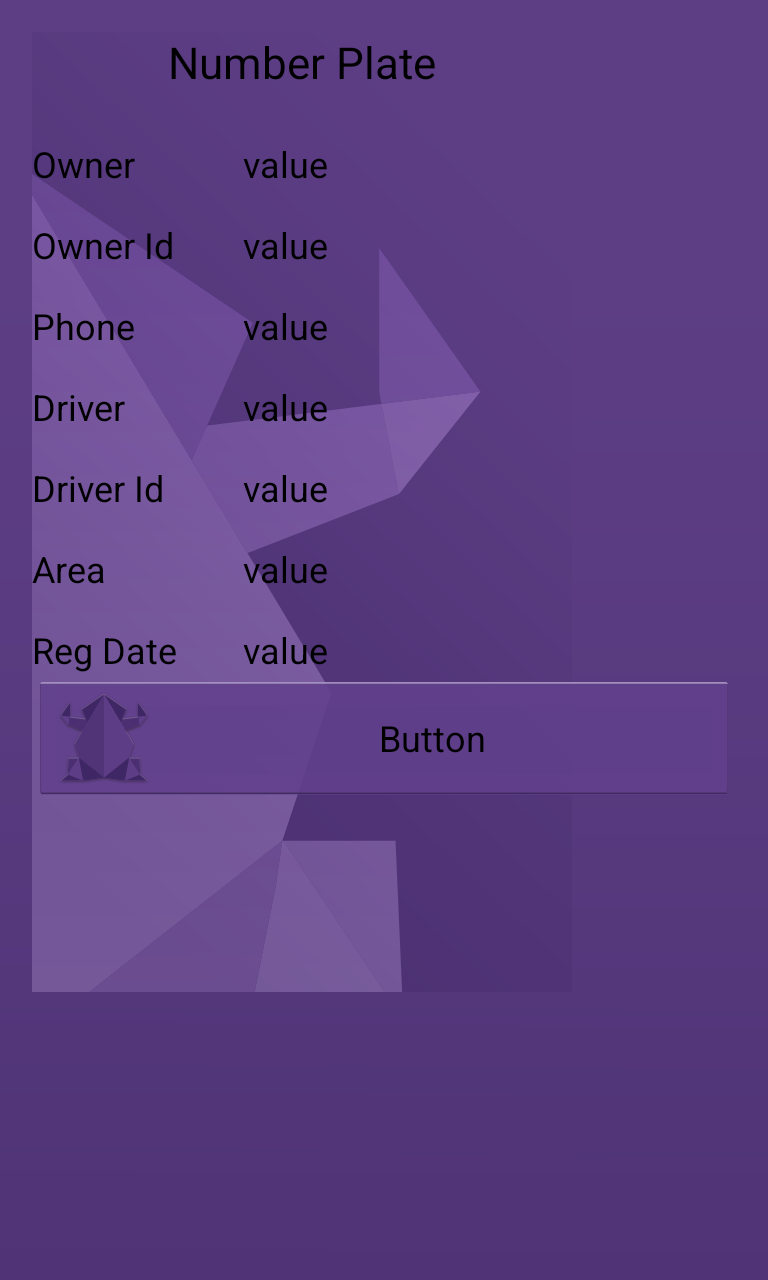
Repository: walteranyika/personal
Layout: PikiPiki/res/layout/activity_details.xml
These files come from the project's save history. The layout is drawn as it stood at one moment and after the next save; the edit follows.
It is drawn on a 768 x 1280 px phone screen (xhdpi) without system bars, with theme AppTheme; the app's code is not run.

Above is the layout before, as saved 2015-11-06 11:58:25.

After the next save:
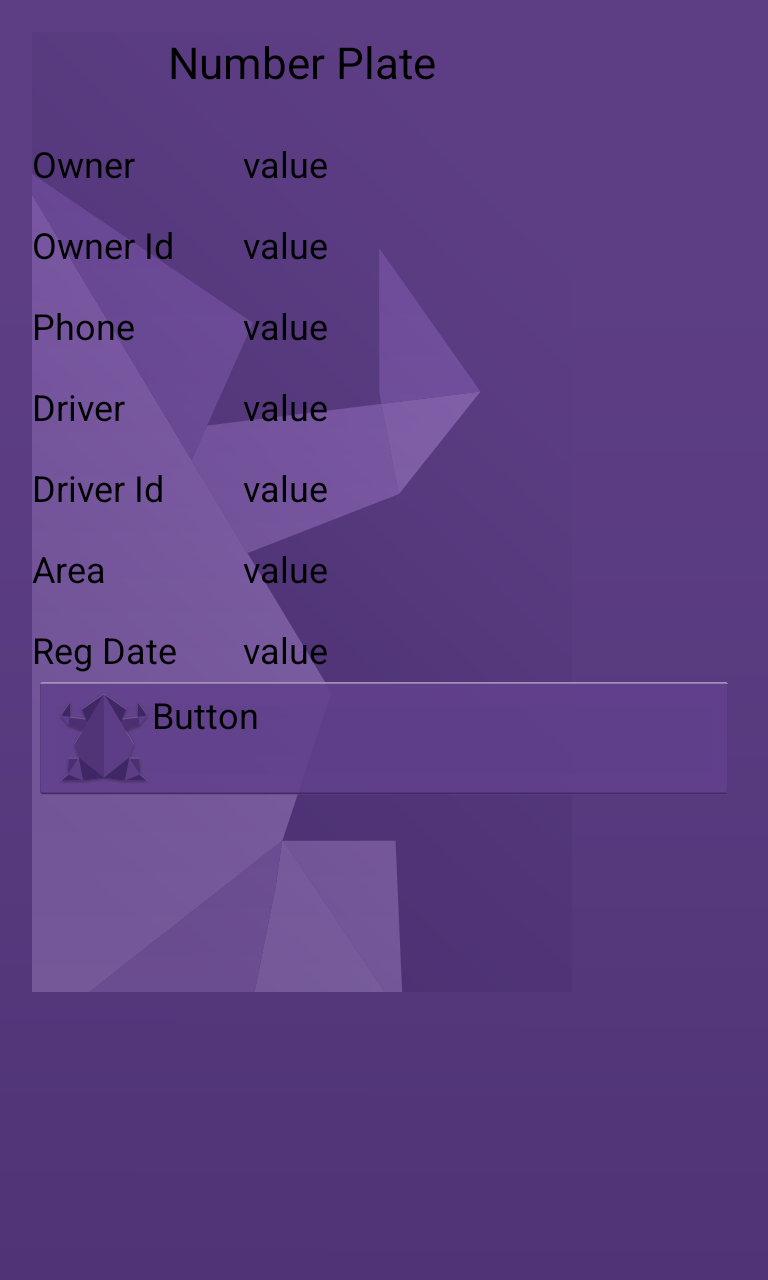
Saved 50 s later.
--- a/PikiPiki/res/layout/activity_details.xml
+++ b/PikiPiki/res/layout/activity_details.xml
@@ -207,6 +207,7 @@
         android:layout_alignLeft="@+id/imageView1"
         android:layout_below="@+id/LinearLayout06"
         android:text="Button"
-        android:drawableLeft="@drawable/ic_launcher"/>
+        android:drawableLeft="@drawable/ic_launcher"
+        android:gravity="left"/>
 
 </RelativeLayout>
